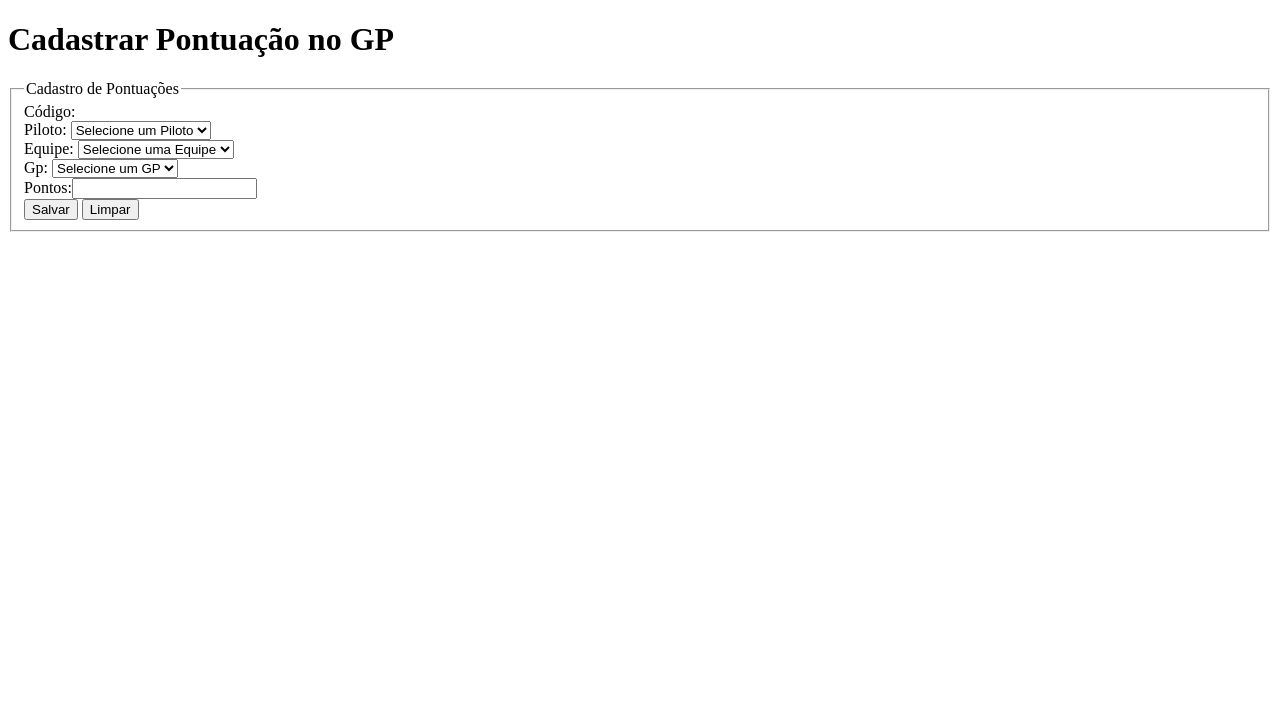
Repository: lperalta13/Formula1_Java
Page: http://localhost/formula1/pontuacao.jsp
These files come from the project's save history. The page is drawn as it stood at one moment and after the next save; the edit follows.
The browser window is 1280 px wide. The pictures show the whole page.
The page is served by Tomcat 9. Other server files are loaded and not shown. The template is opened directly, without the code that normally fills it, so the values that code supplies are empty.

Above is the page before, as saved 2019-12-11 21:04:18.

### formula1/WebContent/pontuacao.jsp
<%@page import="org.apache.jasper.tagplugins.jstl.core.ForEach"%>
<%@ page language="java" contentType="text/html; charset=ISO-8859-1"
	pageEncoding="ISO-8859-1"%>
<%@ page import="java.util.List,br.com.empresa.model.Piloto" %>
<%@ page import="java.util.List,br.com.empresa.model.Equipe" %>
<%@ page import="java.util.List,br.com.empresa.model.Gp" %>
<%@ taglib uri="http://java.sun.com/jsp/jstl/core" prefix="c"%>
<%@ taglib uri="http://java.sun.com/jsp/jstl/fmt" prefix="fmt"%>

<!DOCTYPE html>
<html lang="pt">
<head>
<title>Cadastro de Pontuações</title>
</head>
<body>
<div class="container">
	<div class="row mt-5">
		<div class="col-md-12">
			<h1>Cadastrar Pontuação no GP</h1>
		<form method="get" action="cadPontuacao">
			<fieldset>
				<legend>Cadastro de Pontuações</legend>
				<label>Código: </label><input type="hidden" name="codigo" />
				<br />
				<label>Piloto:</label>
				<select name="piloto">
					<option value="">Selecione um Piloto</option>
					<c:forEach var="piloto" items="${pilotos}">
						<option value="${piloto.codigo}" >
							${piloto.nome}</option>
					</c:forEach>
				</select>
				<br/>
				<label>Equipe:</label>
				<select name="equipe">
					<option value="">Selecione uma Equipe</option>
					<c:forEach var="equipe" items="${equipes}">
						<option value="${equipe.codigo}" >
							${equipe.descricao}</option>
					</c:forEach>
				</select>
				<br/>
				<label>Gp:</label>
				<select name="gp">
					<option value="">Selecione um GP</option>
					<c:forEach var="gp" items="${gps}">
						<option value="${gp.codigo}" >
							${gp.descricao}</option>
					</c:forEach>
				</select>
				<br/>

				<label>Pontos:</label><input type="text" name="pontos" />
				<br />

				<input type="submit" value="Salvar">
				<input type="reset" value="Limpar">
				<br />
			</fieldset>
		</form>
	</div>
	</div>
	</div>
</body>
</html>

Loaded but not shown: formula1/WebContent/css/pro.css (library)

After the next save:
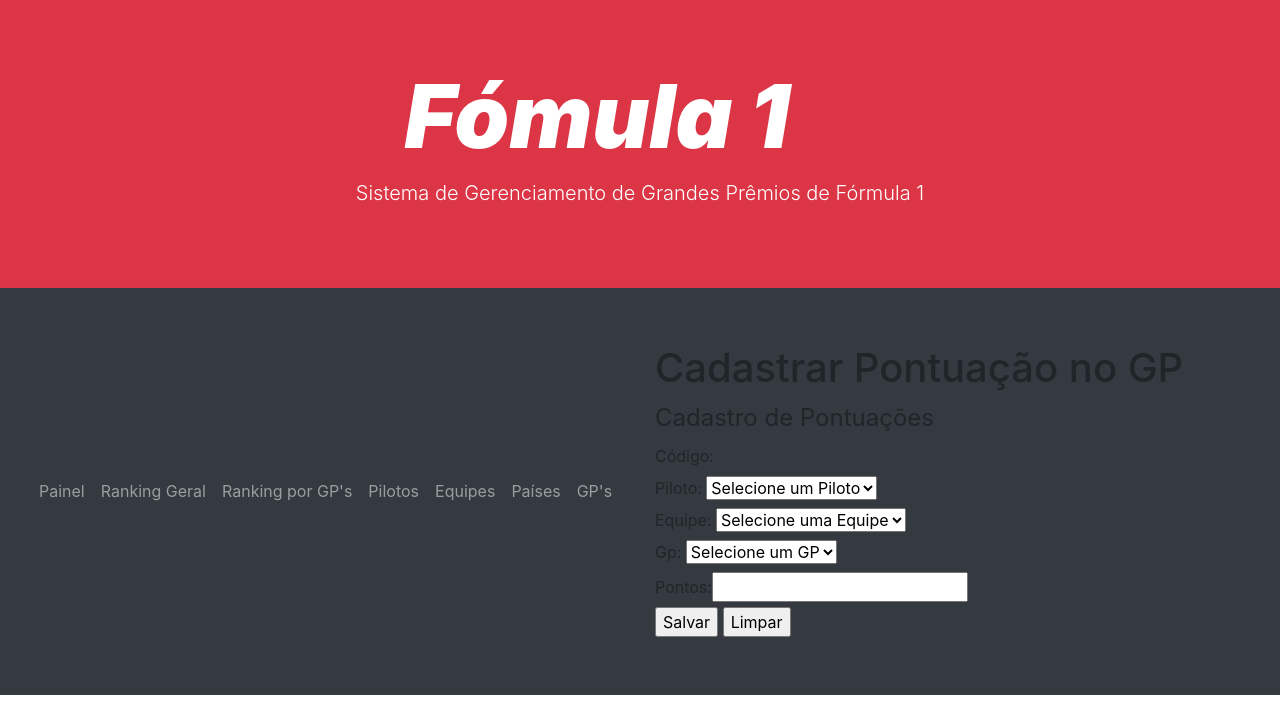
Saved 82 s later.
--- a/formula1/WebContent/pontuacao.jsp
+++ b/formula1/WebContent/pontuacao.jsp
@@ -9,10 +9,61 @@
 
 <!DOCTYPE html>
 <html lang="pt">
-<head>
-<title>Cadastro de Pontuações</title>
+<head><head>
+    <meta charset="UTF-8">
+    <meta name="viewport" content="width=device-width, initial-scale=1, shrink-to-fit=no">
+    <title>Fómula 1</title>
+    <!-- Bootstrap core CSS -->
+    <link rel="stylesheet" href="https://stackpath.bootstrapcdn.com/bootstrap/4.3.1/css/bootstrap.min.css" integrity="sha384-ggOyR0iXCbMQv3Xipma34MD+dH/1fQ784/j6cY/iJTQUOhcWr7x9JvoRxT2MZw1T" crossorigin="anonymous">
+    <link rel="stylesheet" href="css/pro.css">
+
+    <style type="text/css">
+        img{
+            height: calc(100vh - 463px);
+            object-fit: cover;
+        }
+        .container:nth-of-type(2){
+            min-height: calc(100vh - 463px);
+            margin-bottom: 50px;
+        }
+    </style>
+
 </head>
-<body>
+<body class="position-relative">
+  <div class="jumbotron jumbotron-fluid mb-0 bg-danger text-white">
+    <div class="container text-center">
+      <h1 class="display-2 font-italic font-weight-bold"><strong> Fómula 1 </strong><i class="fas fa-tire fa-spin"></i></h1>
+      <p class="lead">Sistema de Gerenciamento de Grandes Prêmios de Fórmula 1</p>
+    </div>
+  </div>
+  <nav class="navbar navbar-expand-lg navbar-dark bg-dark">
+    <div class="container">
+      <div class="collapse navbar-collapse" id="navbarNavDropdown">
+        <ul class="navbar-nav mr-auto">
+            <li class="nav-item">
+              <a class="nav-link" href="dashboard.html">Painel<span class="sr-only">(Página atual)</span></a>
+            </li>
+          <li class="nav-item">
+            <a class="nav-link" href="listar-ranking.php">Ranking Geral</a>
+          </li>
+          <li class="nav-item">
+            <a class="nav-link" href="listar-campeaoporgp.php">Ranking por GP's</a>
+          </li>
+          <li class="nav-item">
+            <a class="nav-link" href="listar-pilotos.php">Pilotos</a>
+          </li>
+          <li class="nav-item">
+            <a class="nav-link" href="listar-equipes.php">Equipes</a>
+          </li>
+          <li class="nav-item">
+            <a class="nav-link" href="listar-paises.php">Países</a>
+          </li>
+          <li class="nav-item">
+            <a class="nav-link" href="listar-gp.php">GP's</a>
+          </li>
+        </ul>
+      </div>
+    </div>
 <div class="container">
 	<div class="row mt-5">
 		<div class="col-md-12">
@@ -61,5 +112,6 @@
 	</div>
 	</div>
 	</div>
+
 </body>
 </html>
